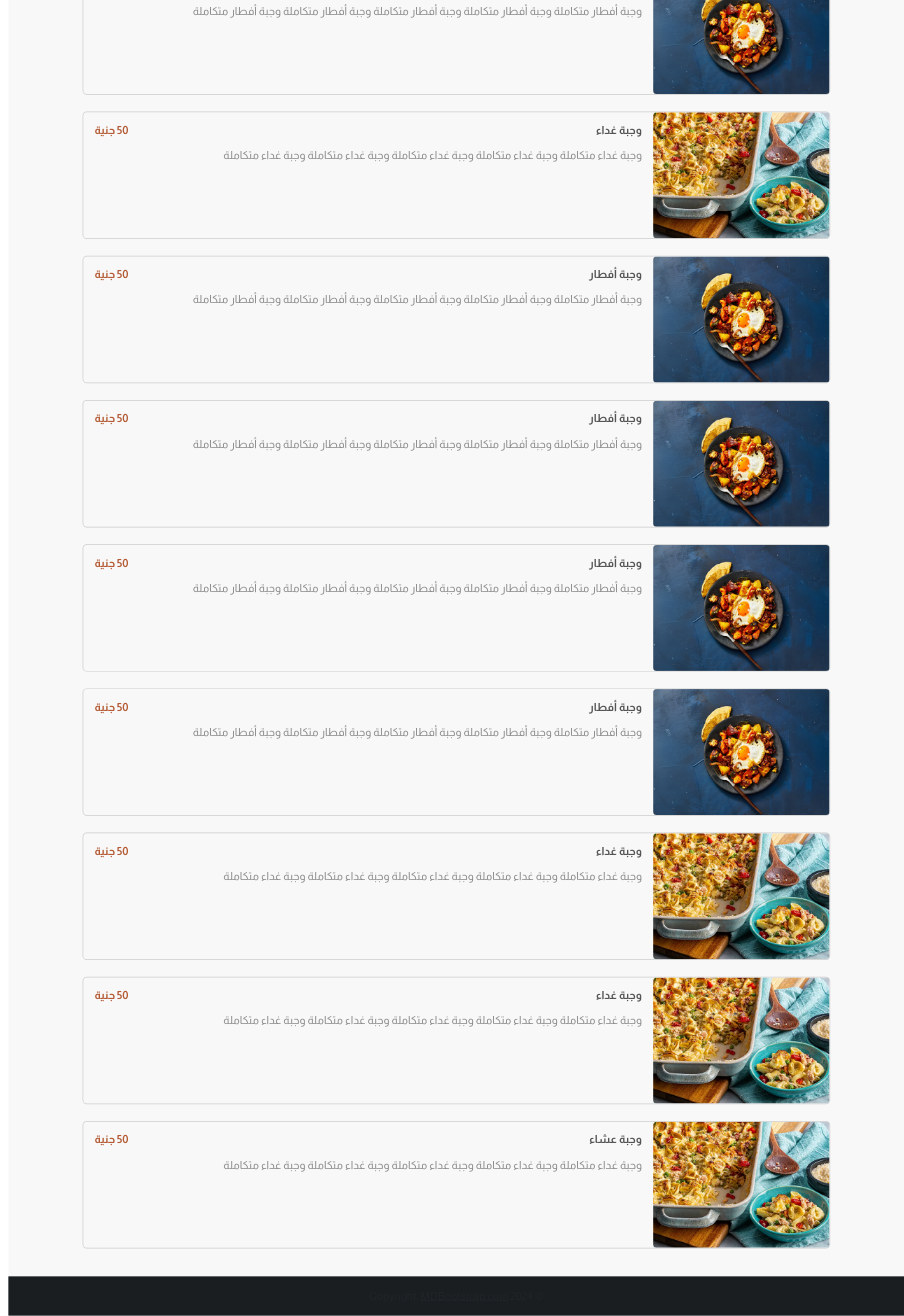
Repository: kerlos-alfy/Restaurant-Menu
Page: /
These files come from the project's save history. The page is drawn as it stood at one moment and after the next save; the edit follows.
The browser window is 1280 px wide. The page is 1292 px wide, so the pictures cover 1292 px, including what lies to the right of the window. The pictures show the part of the page from y = 1148 to 3028 px (the page is 3028 px tall), at 70% of full size.
Some web fonts or font styles are not loaded; a fallback is used. The project was rebuilt for these pictures with package versions that can differ from the ones it lists, and the page was loaded fresh each time. Also part of the build but not shown: vite.config.js, src/App.css.

Above is the page before, as saved 2024-12-27 02:15:59.

After the next save:
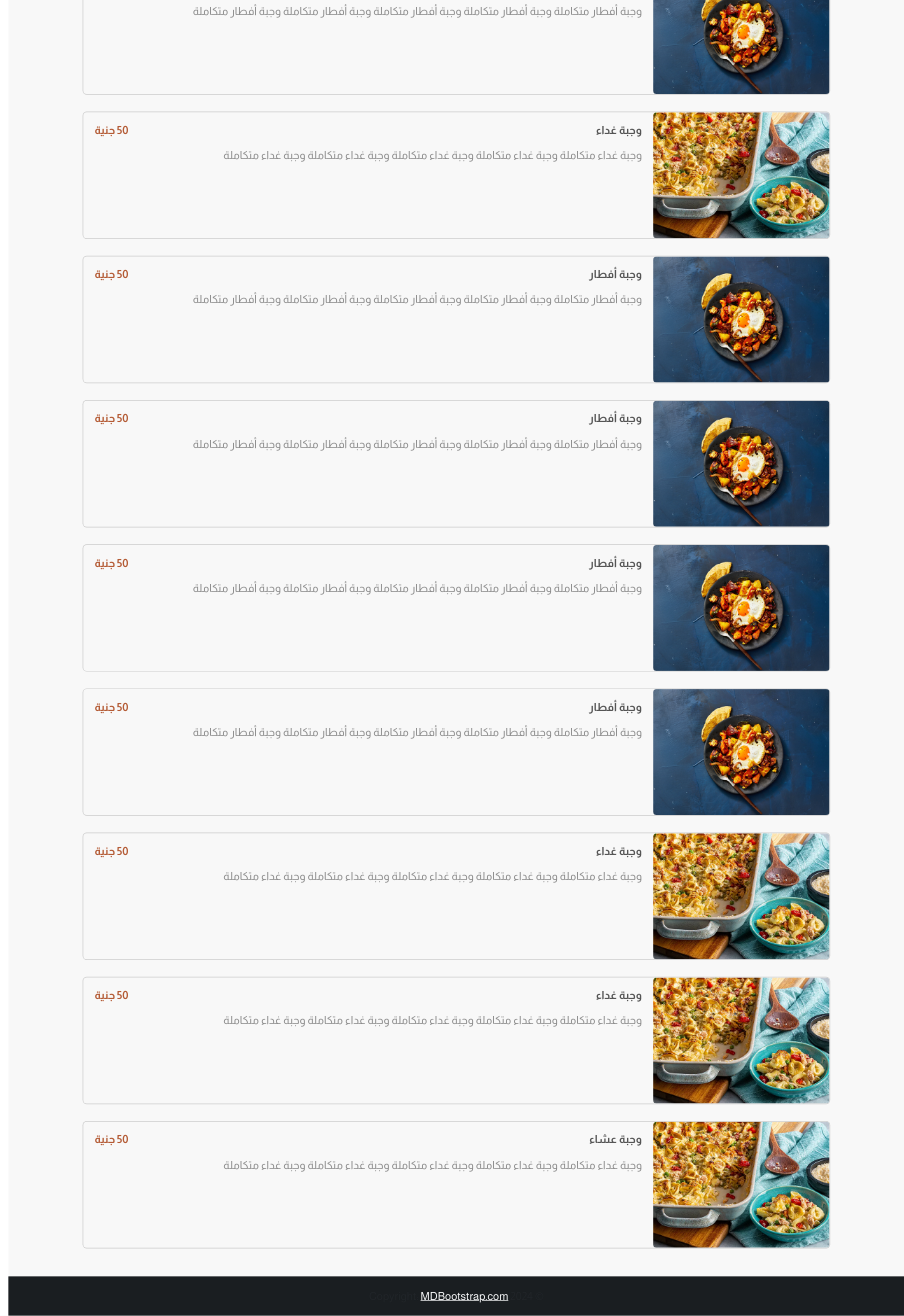
Saved 22 s later.
--- a/src/components/Footer.jsx
+++ b/src/components/Footer.jsx
@@ -4,7 +4,7 @@
 		<MDBFooter className="text-center text-lg-left bg-dark">
 			<div className="text-center p-3" style={{ backgroundColor: "rgba(0, 0, 0, 0.2)" }}>
 				&copy; {new Date().getFullYear()} Copyright:{" "}
-				<a className="text-dark" href="https://mdbootstrap.com/">
+				<a className="text-light" href="https://mdbootstrap.com/">
 					MDBootstrap.com
 				</a>
 			</div>
